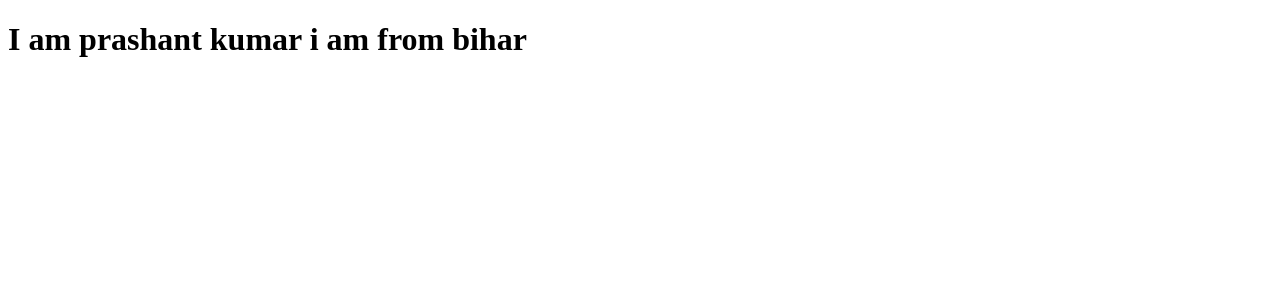
Repository: Padminikumari/Demo
Page: index.html
An editor plug-in stored every save of this project. The page is shown before and after the next save, followed by the edit.
The browser window is 1280 px wide. The pictures show the whole page.

Above is the page before, as saved 2021-08-01 00:56:09.

### index.html
<!DOCTYPE html>
<html lang="en">
<head>
    <meta charset="UTF-8">
    <meta http-equiv="X-UA-Compatible" content="IE=edge">
    <meta name="viewport" content="width=device-width, initial-scale=1.0">
    <title>This my first page </title>
</head>
<body>
    <h1>I am prashant kumar i am from bihar</h1>
</body>
</html>

After the next save:
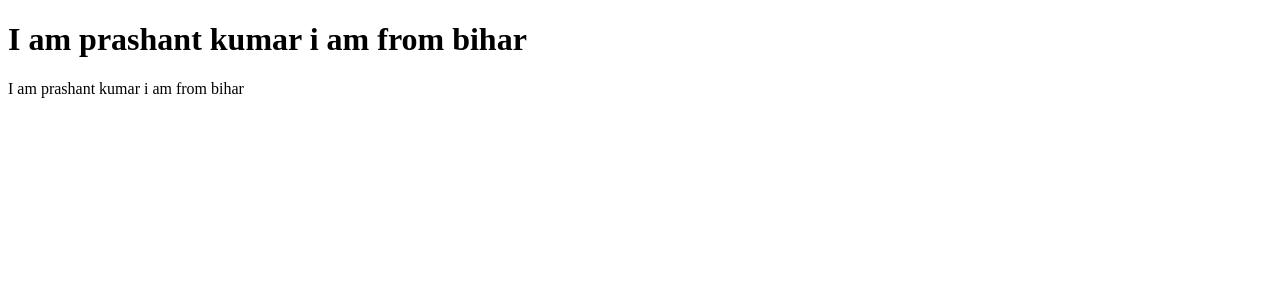
Saved 3 min 4 s later.
--- a/index.html
+++ b/index.html
@@ -8,5 +8,6 @@
 </head>
 <body>
     <h1>I am prashant kumar i am from bihar</h1>
+    <p>I am prashant kumar i am from bihar</p>
 </body>
 </html>
